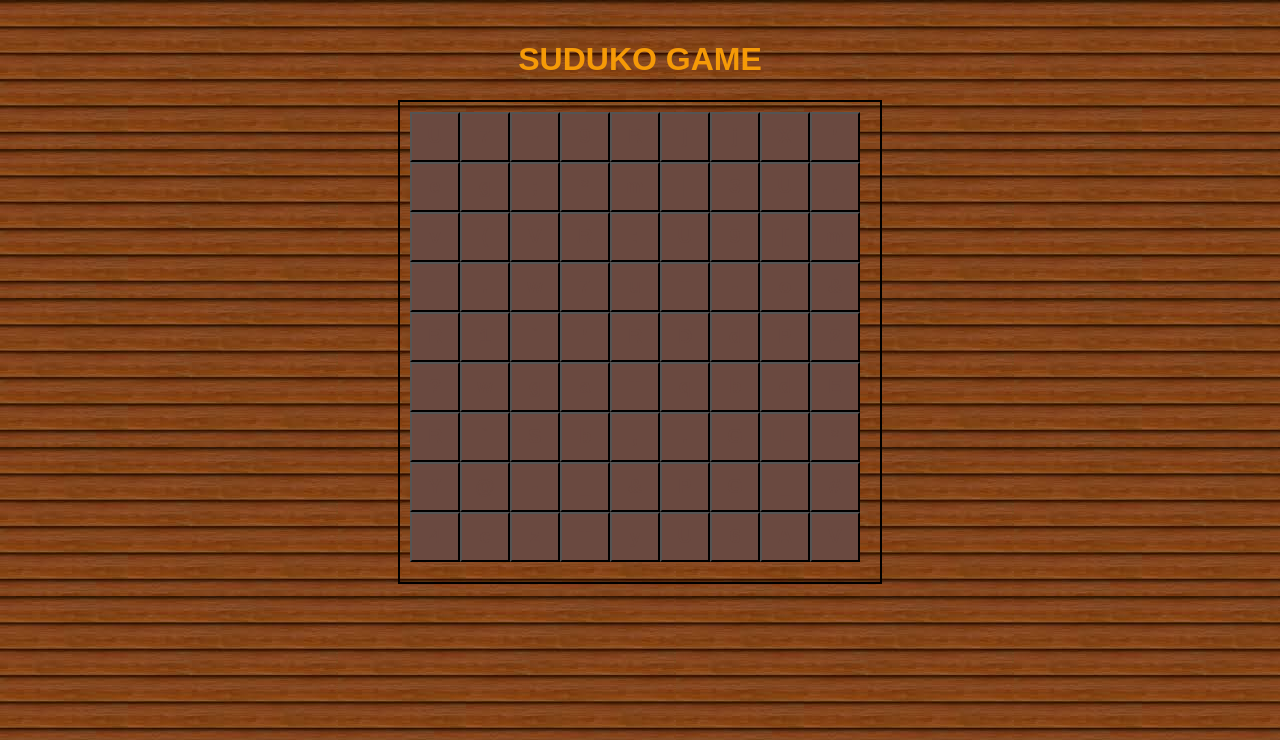
Repository: ahmad8969/Suduko-Game-React-App
Page: /
These files come from the project's save history. The page is drawn as it stood at one moment and after the next save; the edit follows.
The browser window is 1280 px wide. The pictures show the whole page.
Some web fonts or font styles are not loaded; a fallback is used. The project was rebuilt for these pictures with package versions that can differ from the ones it lists, and the page was loaded fresh each time.

Above is the page before, as saved 2021-03-11 14:06:58.

After the next save:
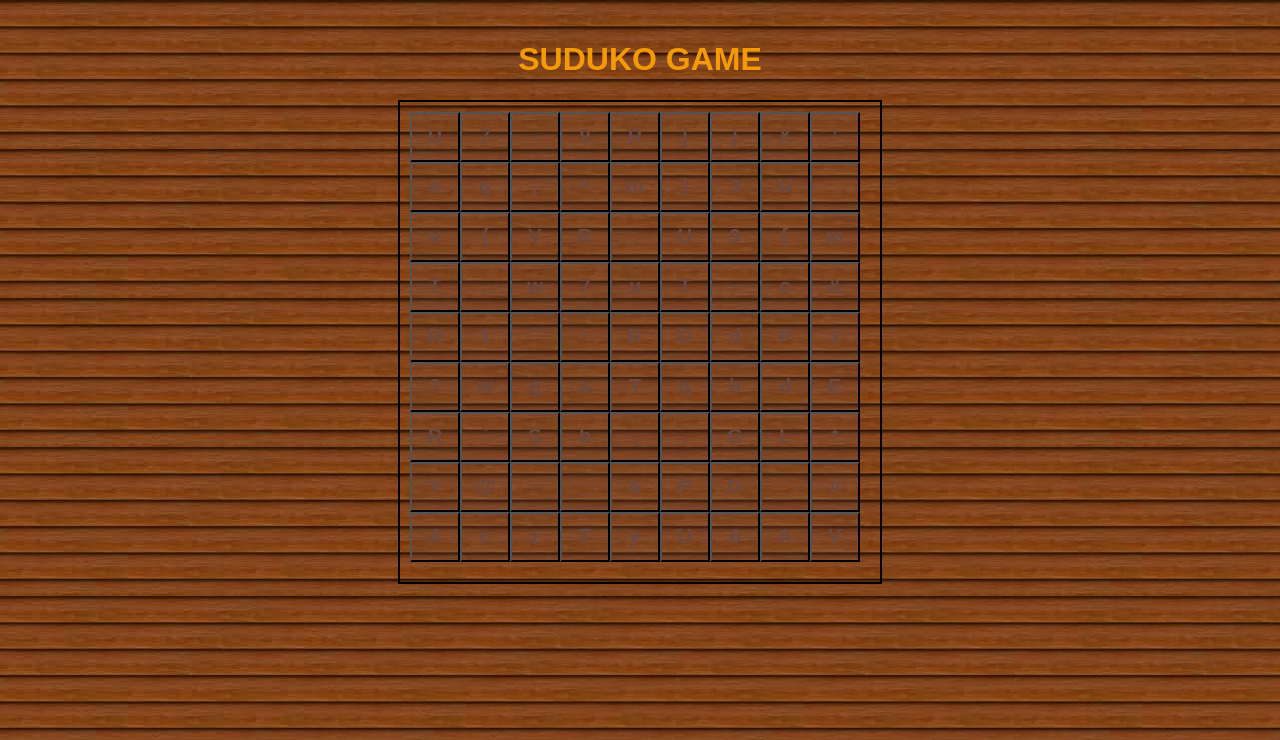
Saved 14 s later.
--- a/src/components/block.css
+++ b/src/components/block.css
@@ -8,7 +8,7 @@
   font-weight: 600;
   /* color:rgb(109,84,62); */
   color: #6a4940;
-  background-color: #6a4940 !important;
+  background-color: #6a49403a !important;
 }
 .nine_block_Style {
   /* height: 150px !important;
